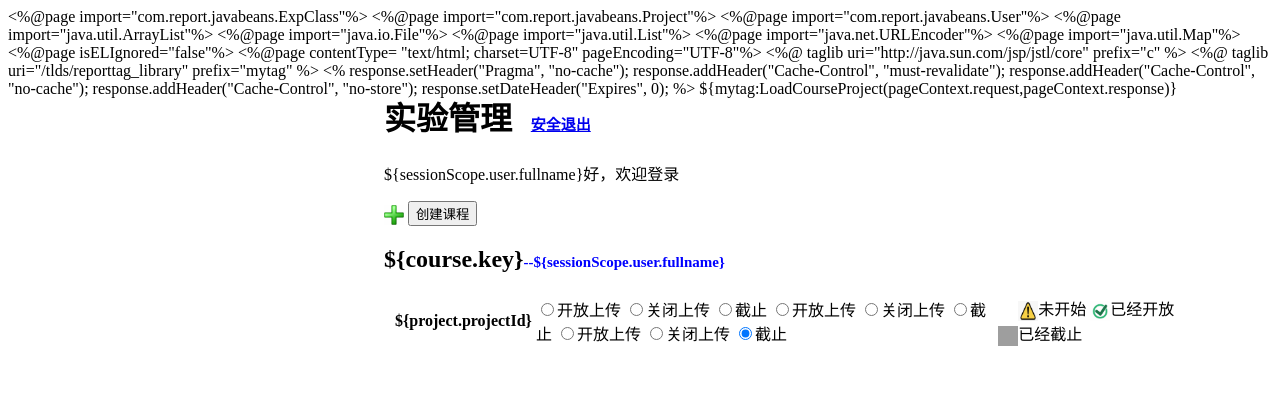
Repository: IAmJiangWenHao/ReportServer
Page: web/demo.html
These files come from the project's save history. The page is drawn as it stood at one moment and after the next save; the edit follows.
The browser window is 1280 px wide. The pictures show the whole page.
Pictures or frames that could not be fetched are drawn as grey boxes.

Above is the page before, as saved 2023-05-19 17:49:07.
Console error: ReferenceError: requests is not defined

After the next save:
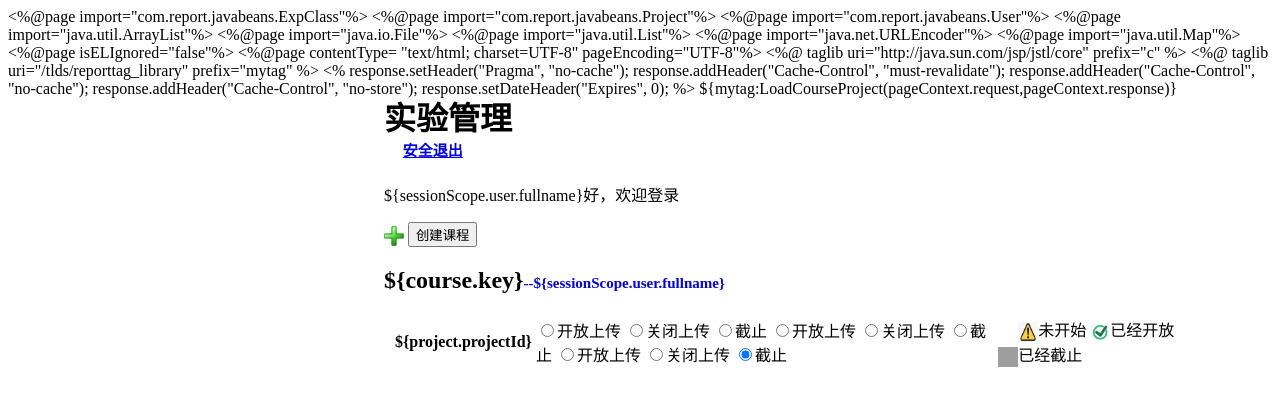
Saved 18 s later.
--- a/web/demo.html
+++ b/web/demo.html
@@ -199,7 +199,7 @@
        };
     </script>
     <div style=" width: 800px;height:800px;position: absolute;top: 10%;left: 30%;">
-      <h1><font color="black"> 实验管理</font><font style="font-size:15px;color:red">&nbsp;&nbsp;&nbsp;&nbsp; <a href="exit.jsp">安全退出</a></font></h1>
+      <h1><div color="black"> 实验管理</div><div style="font-size:15px;color:red">&nbsp;&nbsp;&nbsp;&nbsp; <a href="exit.jsp">安全退出</a></font></h1>
       <p>${sessionScope.user.fullname}好，欢迎登录</p>
       <p>
         <img style="vertical-align: middle;height:20px" alt="" width="20" src="./img/new.jpg"/>
